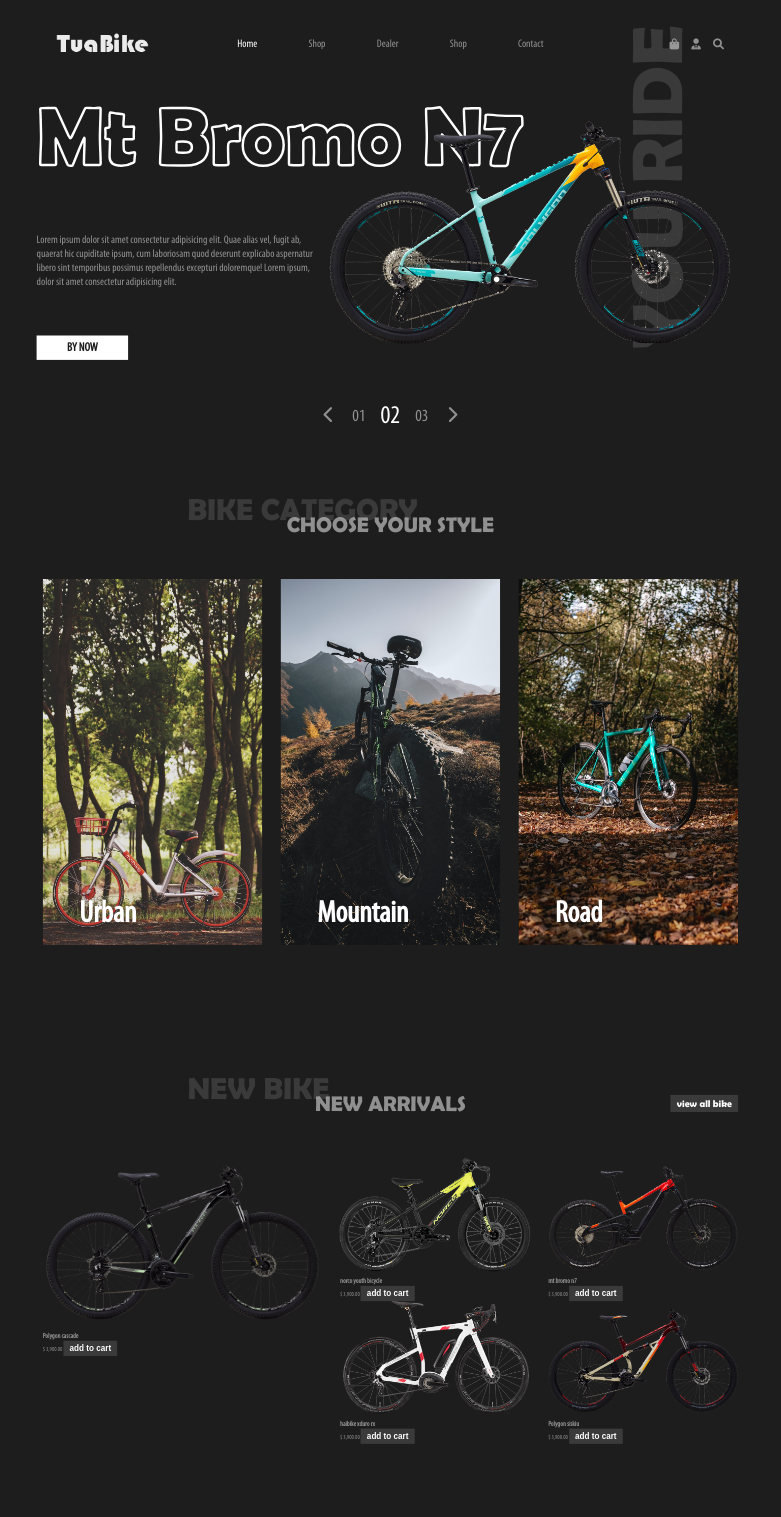
Repository: phamhuuloc/TourBike
Page: index.html
The author's editor kept a copy of each file at every save. The page is drawn from the files as they stood at one save, then again after the next save.
The browser window is 1280 px wide. The pictures show the whole page, at 61% of full size.

Above is the page before, as saved 2021-11-06 10:29:40.

### index.html
<!DOCTYPE html>
<html lang="en">
  <head>
    <meta charset="UTF-8" />
    <meta http-equiv="X-UA-Compatible" content="IE=edge" />
    <meta name="viewport" content="width=device-width, initial-scale=1.0" />
    <title>Tour Bike</title>
    <!--  font awesome -->
    <link
      rel="stylesheet"
      href="https://cdnjs.cloudflare.com/ajax/libs/font-awesome/6.0.0-beta2/css/all.min.css"
      integrity="sha512-YWzhKL2whUzgiheMoBFwW8CKV4qpHQAEuvilg9FAn5VJUDwKZZxkJNuGM4XkWuk94WCrrwslk8yWNGmY1EduTA=="
      crossorigin="anonymous"
      referrerpolicy="no-referrer"
    />
    <!-- css -->
    <link rel="stylesheet" href="./assets/css/grid.css" />
    <link rel="stylesheet" href="./assets/css/main.css" />
  </head>
  <body>
    <!-- Header -->
    <header>
      <!-- logo -->
      <a href="" class="logo">
        <img src="./assets/images/TuaBike.png" alt="" />
      </a>
      <!-- menu -->
      <div class="main-menu-wrapper">
        <ul class="main-menu">
          <li class=""><a href="" class="active">home</a></li>
          <li><a href="">shop</a></li>
          <li><a href="">dealer</a></li>
          <li><a href="">shop</a></li>
          <li><a href="">contact</a></li>
        </ul>
      </div>
      <ul class="user-menu">
        <li>
          <a href="#"><i class="fas fa-shopping-bag"></i></a>
        </li>
        <li>
          <a href="#"><i class="fas fa-user-tie"></i></a>
        </li>
        <li>
          <a href=""><i class="fas fa-search"></i></a>
        </li>
      </ul>
    </header>
    <!-- banner -->
    <section class="banner">
      <div class="slide-container" id="slide">
        <!-- slide item -->
        <div class="slide-item">
          <!-- heading -->
          <div class="slide-heading">
            <!-- title -->
            <h2 class="slide-title">Polygon siskiu</h2>
            <!-- desc -->
            <p class="slide-desc">
              Lorem ipsum dolor sit amet consectetur adipisicing elit. Quae
              alias vel, fugit ab, quaerat hic cupiditate ipsum, cum laboriosam
              quod deserunt explicabo aspernatur libero sint temporibus possimus
              repellendus excepturi doloremque! Lorem ipsum, dolor sit amet
              consectetur adipisicing elit.
            </p>
            <!-- btn -->
            <div class="slide-btn">
              <a href="" class="slide-btn-link">By now</a>
            </div>
          </div>
          <!-- img -->
          <div class="slide-img">
            <img src="./assets/images/MTBROMO_N7_2022.png" alt="" />
          </div>
        </div>
        <!-- slide item -->
        <div class="slide-item">
          <!-- heading -->
          <div class="slide-heading">
            <!-- title -->
            <h2 class="slide-title">mt bromo n7</h2>
            <!-- desc -->
            <p class="slide-desc">
              Lorem ipsum dolor sit amet consectetur adipisicing elit. Quae
              alias vel, fugit ab, quaerat hic cupiditate ipsum, cum laboriosam
              quod deserunt explicabo aspernatur libero sint temporibus possimus
              repellendus excepturi doloremque! Lorem ipsum, dolor sit amet
              consectetur adipisicing elit.
            </p>
            <!-- btn -->
            <div class="slide-btn">
              <a href="" class="slide-btn-link">By now</a>
            </div>
          </div>
          <!-- img -->
          <div class="slide-img">
            <img src="./assets/images/6489548.png" alt="" />
          </div>
        </div>
        <!-- slide item -->
        <div class="slide-item">
          <!-- heading -->
          <div class="slide-heading">
            <!-- title -->
            <h2 class="slide-title">cascade mount</h2>
            <!-- desc -->
            <p class="slide-desc">
              Lorem ipsum dolor sit amet consectetur adipisicing elit. Quae
              alias vel, fugit ab, quaerat hic cupiditate ipsum, cum laboriosam
              quod deserunt explicabo aspernatur libero sint temporibus possimus
              repellendus excepturi doloremque! Lorem ipsum, dolor sit amet
              consectetur adipisicing elit.
            </p>
            <!-- btn -->
            <div class="slide-btn">
              <a href="" class="slide-btn-link">By now</a>
            </div>
          </div>
          <!-- img -->
          <div class="slide-img">
            <img src="./assets/images/b1.png" alt="" />
          </div>
        </div>
        <!-- background tittle -->
        <div class="slide-txt">you ride</div>
        <!-- slide control -->
        <ul class="slide-control">
          <li class="slide-prev"><i class="fas fa-chevron-left"></i></li>
          <li class="slide-control-item active">01</li>
          <li class="slide-control-item">02</li>
          <li class="slide-control-item">03</li>
          <li class="slide-next"><i class="fas fa-chevron-right"></i></li>
        </ul>
      </div>
    </section>
    <!-- category section -->
    <section class="section">
      <div class="section-title">
        <h3 class="second-title">Bike category</h3>
        <h3 class="main-title">choose your style</h3>
      </div>
      <div class="section-container">
        <div class="row">
          <div class="col-4">
            <div class="category-img">
              <div
                class="category-img-inner"
                style="
                  background-image: url(./assets/images/alvan-nee-EHILKZNmTuA-unsplash.jpg);
                "
              ></div>
              <div class="category-title">Urban</div>
            </div>
          </div>
          <div class="col-4">
            <div class="category-img">
              <div
                class="category-img-inner"
                style="
                  background-image: url(./assets/images/eberhard-grossgasteiger-8lDkmXnKo7s-unsplash.jpg);
                "
              ></div>
              <div class="category-title">Mountain</div>
            </div>
          </div>
          <div class="col-4">
            <div class="category-img">
              <div
                class="category-img-inner"
                style="
                  background-image: url(./assets/images/tom-austin-3L76b-LMyeI-unsplash.jpg);
                "
              ></div>
              <div class="category-title">Road</div>
            </div>
          </div>
        </div>
      </div>
    </section>
    <!-- new arrivals section -->
    <section class="section">
      <div class="section-title">
        <h3 class="second-title">New bike</h3>
        <h3 class="main-title">new arrivals</h3>
        <div class="btn-wrapper">
          <a href="" class="btn">view all bike</a>
        </div>
      </div>
      <div class="section-container">
        <div class="row">
          <div class="col-5 col-centere">
            <div class="product-card product-card-large">
              <a href="#">
                <div class="product-card-img">
                  <img src="./assets/images/Polygon Cascade.png" alt="" />
                </div>
                <h3 class="product-name">Polygon cascade</h3>
                <span class="product-price">$ 3,900.00</span>
              </a>
              <button class="btn">add to cart</button>
            </div>
          </div>
          <div class="col-7">
            <div class="row">
              <div class="col-6">
                <div class="product-card">
                  <a href="#">
                    <div class="product-card-img">
                      <img src="./assets/images/b2.png" alt="" />
                    </div>
                    <h3 class="product-name">norco youth bicycle</h3>
                    <span class="product-price">$ 3,900.00</span>
                  </a>
                  <button class="btn">add to cart</button>
                </div>
              </div>
              <div class="col-6">
                <div class="product-card">
                  <a href="#">
                    <div class="product-card-img">
                      <img src="./assets/images/MTBROMO_N7_2022.png" alt="" />
                    </div>
                    <h3 class="product-name">mt bromo n7</h3>
                    <span class="product-price">$ 3,900.00</span>
                  </a>
                  <button class="btn">add to cart</button>
                </div>
              </div>
              <div class="col-6">
                <div class="product-card">
                  <a href="#">
                    <div class="product-card-img">
                      <img src="./assets/images/b1.png" alt="" />
                    </div>
                    <h3 class="product-name">haibike xduro rx</h3>
                    <span class="product-price">$ 3,900.00</span>
                  </a>
                  <button class="btn">add to cart</button>
                </div>
              </div>
              <div class="col-6">
                <div class="product-card">
                  <a href="#">
                    <div class="product-card-img">
                      <img src="./assets/images/531352.png" alt="" />
                    </div>
                    <h3 class="product-name">Polygon siskiu</h3>
                    <span class="product-price">$ 3,900.00</span>
                  </a>
                  <button class="btn">add to cart</button>
                </div>
              </div>
            </div>
          </div>
        </div>
      </div>
    </section>

    <script src="./assets/js/main.js"></script>
  </body>
</html>

### assets/css/grid.css
.row {
  display: flex;
  flex-wrap: wrap;
  margin: 0 -15px;
}
[class*="col-"] {
  padding: 0 15px;
}
.col-1 {
  width: 8.33%;
}
.col-2 {
  width: 16.66%;
}
.col-3 {
  width: 25%;
}
.col-4 {
  width: 33.33%;
}
.col-5 {
  width: 41.66%;
}
.col-6 {
  width: 50%;
}
.col-7 {
  width: 58.33%;
}
.col-8 {
  width: 66.66%;
}
.col-9 {
  width: 75%;
}
.col-10 {
  width: 83.33%;
}
.col-11 {
  width: 91.96%;
}
.col-12ee {
  width: 100;
}

### assets/css/main.css
@font-face {
  font-family: MyriadProCondensed;
  src: url(../fonts/MyriadProCondensed/MyriadProCondensed.ttf);
}
@font-face {
  font-family: BerlinSansFBDemiBold;
  src: url(../fonts/BerlinSansFBDemiBold/BerlinSansFBDemiBold.ttf);
}
:root {
  --main-color: #1d1d1d;
  --second-color: #3a3a3a;
  --text-color: #bbbb;
  --text-white: #fff;

  --header-height: 144px;
  --header-padding: 93px;
}
* {
  padding: 0;
  margin: 0;
  box-sizing: border-box;
  user-select: none;
}
html {
  font-size: 62.5%;
  scroll-behavior: smooth;
}
ul {
  list-style: none;
}
a {
  text-decoration: none;
  color: var(--text-color);
}
img {
  max-width: 100%;
}
body {
  background-color: var(--main-color);
  color: var(--text-color);
  font-family: MyriadProCondensed, sans-serif;
  overflow-x: hidden;
}
/* header */
header {
  position: fixed;
  top: 0;
  left: 0;
  z-index: 99;
  width: 100%;
  height: var(--header-height);
  background-color: transparent;
  display: flex;
  align-items: center;
  justify-content: space-between;
  padding: 0 var(--header-padding);
  transition: height 0.3s ease, background-color 0.3s ease;
}
header.shrink {
  height: 6rem;
  background-color: var(--second-color);
}
.main-menu-wrapper {
  position: absolute;
  inset: 0;
  display: flex;
  align-items: center;
  justify-content: center;
  pointer-events: none;
}
.main-menu {
  display: flex;
  pointer-events: visible;
}
.main-menu > li > a {
  text-transform: capitalize;
  font-size: 1.8rem;
  color: var(--text-color);
  transform: all 0.3s ease;
}
.main-menu > li > a.active {
  color: var(--text-white);
}
.main-menu > li ~ li {
  margin-left: 84px;
}
.main-menu > li > a:hover,
.user-menu > li > a:hover {
  transition: all 0.3s ease;
  color: var(--text-white);
}
.user-menu {
  display: flex;
  align-items: center;
  justify-content: center;
}
.user-menu > li > a > i {
  font-size: 1.8rem;
}
.user-menu > li ~ li {
  margin-left: 2rem;
}
/* banner */
.banner {
  position: relative;
  height: 100vh;
  padding-top: var(--header-height);
}
.slide-item {
  display: flex;
  height: 0;
  overflow: hidden;
}
.slide-item.active {
  height: 100%;
}
.slide-img {
  width: 58%;
  padding-right: 8rem;
  padding-top: 4rem;
  z-index: 1;
}
.slide-img img {
  width: 100%;
  transform: rotate(-70deg);
  opacity: 0;
  transition: transform 1s cubic-bezier(0.175, 0.885, 0.32, 1.275),
    opacity 0.6s ease 0s;
}
.slide-item.active .slide-img img {
  transform: rotate(0);
  opacity: 1;
}
.slide-heading {
  width: 42%;
  padding-left: 6rem;
}
.slide-title {
  width: max-content;
  font-size: 13.6rem;
  text-transform: capitalize;
  font-family: BerlinSansFBDemiBold;
  color: var(--text-white);
  -webkit-text-fill-color: transparent;
  -webkit-text-stroke-width: 4px;
  transform: translateX(-200px);
  transition: all 0.5s ease;
}
.slide-item.active .slide-title {
  transform: translateX(0);
}

.slide-desc,
.slide-btn {
  margin-top: 8.4rem;
}

.slide-desc {
  font-size: 1.8rem;
  transition: 0.3s;
}

.slide-btn {
  display: inline-block;
}
.slide-btn-link {
  font-size: 2rem;
  font-weight: 700;
  padding: 10px 50px;
  background-color: white;
  color: var(--main-color);
  cursor: pointer;
  text-transform: uppercase;
  transition: all 0.3s ease 0s;
}
.slide-item.active .slide-btn:hover {
  transition: all 0.2s ease;
  transform: translateY(-10px);
}
.slide-desc,
.slide-btn {
  transform: translateY(100px);
  opacity: 0;
  transition: transform 0.5s ease, opacity 0.5s ease;
}
.slide-btn {
  transition-delay: 0.2s;
}
.slide-item.active .slide-desc,
.slide-item.active .slide-btn {
  transform: translateY(0);
  opacity: 1;
}
.slide-txt {
  position: absolute;
  top: 240px;
  right: -60px;
  transform: rotate(-90deg);
  font-size: 11.75rem;
  font-family: BerlinSansFBDemiBold;
  color: var(--second-color);
  text-transform: uppercase;
}
.slide-control {
  position: absolute;
  left: 50%;
  bottom: 20px;
  transform: translateX(-50%);
  display: flex;
  align-items: center;
  justify-content: center;
}

.slide-control > li {
  font-size: 2.8rem;
  cursor: pointer;
  transition: all 0.3s ease;
}
.slide-control > li.active {
  transform: scale(1.5);
  color: var(--text-white);
}
.slide-control > li:hover {
  color: var(--text-white);
}
.slide-control > li ~ li {
  margin-left: 3rem;
}
/* section */
.section {
  padding: 12rem 0;
}
.section-container {
  padding: 7rem 7rem 0;
}
.section-title {
  font-family: BerlinSansFBDemiBold;
  text-align: center;
  position: relative;
}
.section-title > h3 {
  text-transform: uppercase;
}
.second-title {
  font-size: 5rem;
  color: var(--second-color);
  position: absolute;
  bottom: 40%;
  left: 24%;
  z-index: -1;
}
.main-title {
  font-size: 3.5rem;
  z-index: 1;
}
.category-img {
  padding: 4rem;
  height: 600px;
  overflow: hidden;
  cursor: pointer;
  position: relative;
}
.category-img-inner {
  position: absolute;
  top: 0;
  left: 0;
  width: 100%;
  height: 100%;
  background-position: bottom;
  background-size: cover;
  transition: transform 1s ease;
}
.category-img:hover .category-img-inner {
  transform: scale(1.3);
}
.category-title {
  font-size: 5rem;
  padding: 2rem;
  font-weight: 700;
  position: absolute;
  bottom: 0;
  color: var(--text-white);
  text-transform: capitalize;
}
.btn-wrapper {
  position: absolute;
  right: 7rem;
  top: 50%;
  transform: translateY(-50%);
  font-size: 1.6rem;
}
.btn {
  padding: 0.5rem 1rem;
  border: none;
  outline: none;
  cursor: pointer;
  background-color: var(--second-color);
  font-weight: 700;
  color: var(--text-white);
  transition: all 0.3s ease;
}
.btn:hover {
  background-color: var(--text-white);
  color: var(--main-color);
}

### assets/js/main.js
let banner_slide = document.querySelector("#slide");
let banner_slide_items = banner_slide.querySelectorAll(".slide-item");
let banner_slide_index = 0;
let banner_slide_play = true;
let banner_slide_control_items = banner_slide.querySelectorAll(
  ".slide-control-item"
);
let slide_prev = banner_slide.querySelector(".slide-prev");
let slide_next = banner_slide.querySelector(".slide-next");
let header = document.querySelector("header");
showSlide = (index) => {
  banner_slide.querySelector(".slide-item.active").classList.remove("active");
  banner_slide_items[index].classList.add("active");

  banner_slide
    .querySelector(".slide-control-item.active")
    .classList.remove("active");
  banner_slide_control_items[index].classList.add("active");
};
nextSlide = () => {
  banner_slide_index =
    banner_slide_index + 1 === banner_slide_items.length
      ? 0
      : banner_slide_index + 1;
  showSlide(banner_slide_index);
};
prevSlide = () => {
  banner_slide_index =
    banner_slide_index - 1 < 0
      ? banner_slide_items.length - 1
      : banner_slide_index - 1;
  showSlide(banner_slide_index);
};
slide_next.addEventListener("click", () => nextSlide());
slide_prev.addEventListener("click", () => prevSlide());
// add event to slide select
banner_slide_control_items.forEach((item, index) => {
  item.addEventListener("click", () => showSlide(index));
});
// pause slide when mouse come in slider
banner_slide.addEventListener("mouseover", () => (banner_slide_play = false));
// resume slide  when mouse log out slider
banner_slide.addEventListener("mouseleave", () => (banner_slide_play = true));
setTimeout(() => {
  banner_slide_items[0].classList.add("active");
}, 200);

// auto next slide
setInterval(() => {
  if (!banner_slide_play) return;
  nextSlide();
}, 5000);

// change header style when scroll
window.addEventListener("scroll", () => {
  if (document.body.scroll > 80 || document.documentElement.scrollTop > 80) {
    header.classList.add("shrink");
  } else {
    header.classList.remove("shrink");
  }
});

After the next save:
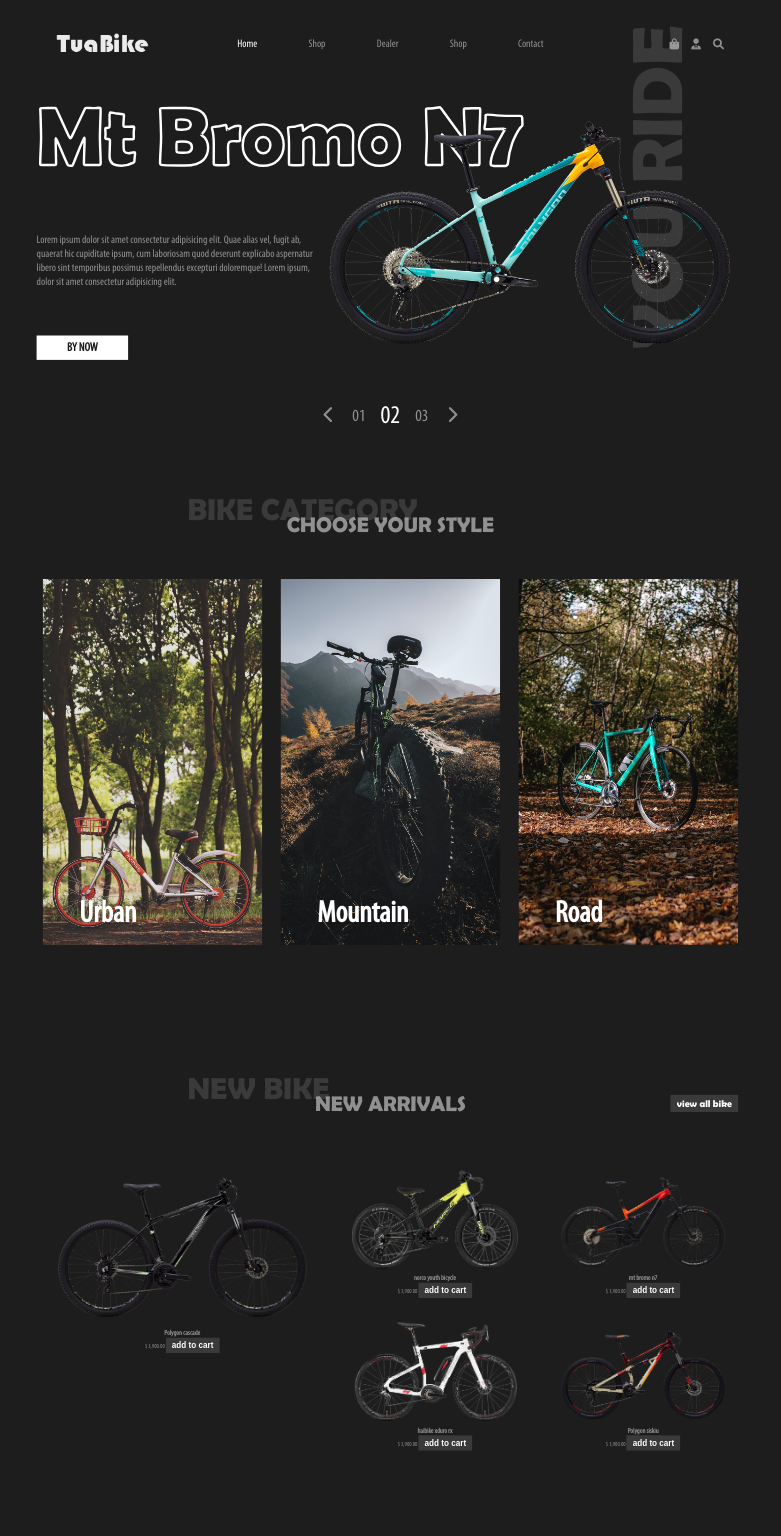
Saved 2 min 20 s later.
--- a/assets/css/main.css
+++ b/assets/css/main.css
@@ -11,7 +11,7 @@
   --second-color: #3a3a3a;
   --text-color: #bbbb;
   --text-white: #fff;
-
+  --bg-black: #000;
   --header-height: 144px;
   --header-padding: 93px;
 }
@@ -303,3 +303,10 @@
   background-color: var(--text-white);
   color: var(--main-color);
 }
+.product-card {
+  padding: 20px;
+  text-align: center;
+}
+.product-card:hover {
+  background-color: ;
+}
